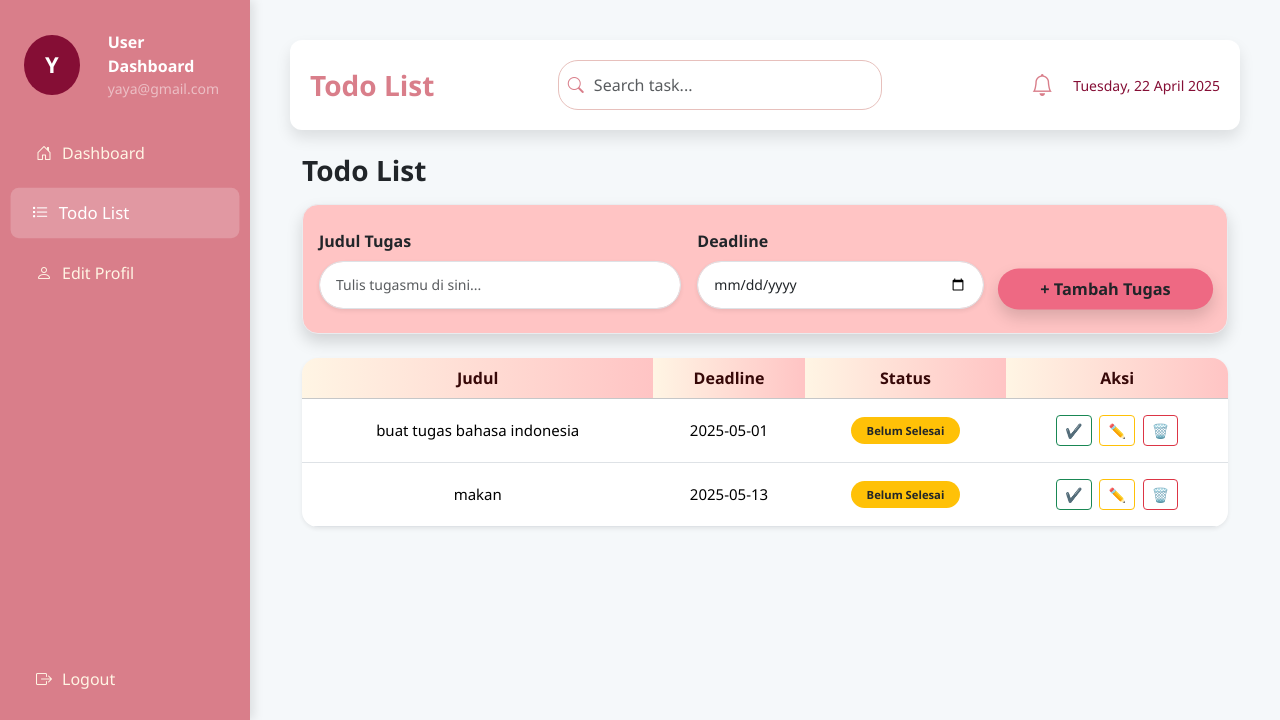
Repository: zhr-nabila/FloTime
Page: http://localhost/todo.php
The author's editor kept a copy of each file at every save. The page is drawn from the files as they stood at one save, then again after a run of saves.
The browser window is 1280 px wide. The pictures show the whole page.
The pointer rests on the first visible `.btn-gradient`.
The page is run by PHP 8.4 with error messages shown; the project is at /var/www/html/. The session is filled in as if someone had signed in: {"email": "yaya@gmail.com", "status": "login", "user_id": 2}. Other server files are loaded and not shown. The database holds what the project's SQL file puts in it.

Above is the page before, as saved 2025-04-23 12:27:27.

### todo.php
<?php
session_start();
require 'koneksi.php';

if (!isset($_SESSION['status']) || $_SESSION['status'] != "login") {
    header("Location: login.php");
    exit();
}

$user_id = $_SESSION['user_id'];
$email = $_SESSION['email'];
$search = $_GET['search'] ?? '';

// Tambah task
if (isset($_POST['add_task'])) {
    $title = $_POST['title'];
    $deadline = $_POST['deadline'];
    $created_at = date('Y-m-d H:i:s');

    $stmt = $conn->prepare("INSERT INTO todos (user_id, title, status, deadline, created_at) VALUES (?, ?, 'pending', ?, ?)");
    $stmt->bind_param("isss", $user_id, $title, $deadline, $created_at);
    $stmt->execute();
    $stmt->close();

    header("Location: todo.php");
    exit();
}

// Centang task
if (isset($_GET['done'])) {
    $task_id = $_GET['done'];
    $conn->query("UPDATE todos SET status='completed' WHERE id=$task_id AND user_id=$user_id");
    header("Location: todo.php");
    exit();
}

// Hapus task
if (isset($_GET['delete'])) {
    $task_id = $_GET['delete'];
    $conn->query("DELETE FROM todos WHERE id=$task_id AND user_id=$user_id");
    header("Location: todo.php");
    exit();
}

// Ambil data tugas
$searchSql = !empty($search) ? "AND title LIKE '%$search%'" : "";
$sql = "SELECT * FROM todos WHERE user_id = $user_id $searchSql ORDER BY deadline ASC";
$result = $conn->query($sql);

if (!$result) {
    die("Query gagal: " . $conn->error);
}
?>

<!DOCTYPE html>
<html lang="en">

<head>
    <meta charset="UTF-8">
    <title>Todo List</title>
    <link href="https://cdn.jsdelivr.net/npm/bootstrap@5.3.3/dist/css/bootstrap.min.css" rel="stylesheet">
    <link href="https://cdn.jsdelivr.net/npm/bootstrap-icons@1.10.5/font/bootstrap-icons.css" rel="stylesheet">
    <link rel="stylesheet" href="css/style.css">
</head>

<body>

    <div class="sidebar d-flex flex-column">
        <div class="px-4 d-flex align-items-center mb-4">
            <div class="user-avatar"><?= strtoupper(substr($email, 0, 1)) ?></div>
            <div class="ms-2">
                <div class="fw-semibold">User Dashboard</div>
                <div class="small text-white-50"><?= htmlspecialchars($email) ?></div>
            </div>
        </div>
        <nav class="nav flex-column px-3">
            <a class="nav-link" href="dashboard.php"><i class="bi bi-house-door"></i> Dashboard</a>
            <a class="nav-link active" href="todo.php"><i class="bi bi-list-task"></i> Todo List</a>
            <a class="nav-link" href="profile.php"><i class="bi bi-person"></i> Edit Profil</a>
            <a class="nav-link logout" href="logout.php"><i class="bi bi-box-arrow-right"></i> Logout</a>
        </nav>
    </div>

    <div class="main-content">
        <div class="header">
            <div class="title">Todo List</div>
            <div class="search-bar">
                <form method="GET" action="todo.php" class="d-flex">
                    <input type="text" name="search" class="form-control" placeholder="Search task..." value="<?= htmlspecialchars($search) ?>">
                    <button type="submit" class="btn"><i class="bi bi-search"></i></button>
                </form>
            </div>
            <div class="notifications">
                <i class="bi bi-bell"></i>
                <div class="date"><?= date('l, d F Y') ?></div>
            </div>
        </div>

        <div class="container mt-4">
            <h3 class="mb-3 fw-bold">Todo List</h3>
            <form method="POST" class="mb-4 px-3 py-4 rounded-4 shadow border border-light-subtle premium-form">
                <div class="row align-items-end g-3">
                    <div class="col-md-5">
                        <label class="form-label fw-semibold">Judul Tugas</label>
                        <input type="text" name="title" class="form-control form-control-sm rounded-5 shadow-sm" placeholder="Tulis tugasmu di sini..." required>
                    </div>
                    <div class="col-md-4">
                        <label class="form-label fw-semibold">Deadline</label>
                        <input type="date" name="deadline" class="form-control form-control-sm rounded-5 shadow-sm" required>
                    </div>
                    <div class="col-md-3 d-grid">
                        <button type="submit" name="add_task" class="btn btn-gradient shadow fw-semibold py-2 rounded-5">+ Tambah Tugas</button>
                    </div>
                </div>
            </form>


            <?php if ($result->num_rows > 0): ?>
                <div class="table-responsive shadow-sm rounded-4 overflow-hidden">
                    <table class="table table-hover align-middle mb-0 premium-table">
                        <thead class="table-light text-center">
                            <tr>
                                <th>Judul</th>
                                <th>Deadline</th>
                                <th>Status</th>
                                <th>Aksi</th>
                            </tr>
                        </thead>
                        <tbody>
                            <?php while ($row = $result->fetch_assoc()): ?>
                                <tr>
                                    <td><?= htmlspecialchars($row['title']) ?></td>
                                    <td><?= htmlspecialchars($row['deadline']) ?></td>
                                    <td class="text-center">
                                        <?php
                                        if ($row['status'] == 'completed') {
                                            echo "<span class='badge rounded-pill text-bg-success px-3 py-2'>Selesai</span>";
                                        } elseif (date('Y-m-d') > $row['deadline']) {
                                            echo "<span class='badge rounded-pill text-bg-danger px-3 py-2'>Terlambat</span>";
                                        } else {
                                            echo "<span class='badge rounded-pill text-bg-warning text-dark px-3 py-2'>Belum Selesai</span>";
                                        }
                                        ?>
                                    </td>
                                    <td class="text-center">
                                        <?php if ($row['status'] != 'completed'): ?>
                                            <a href="?done=<?= $row['id'] ?>" class="btn btn-outline-success btn-sm me-1">✔️</a>
                                        <?php endif; ?>
                                        <a href="edit_task.php?id=<?= $row['id'] ?>" class="btn btn-outline-warning btn-sm me-1">✏️</a>
                                        <a href="?delete=<?= $row['id'] ?>" onclick="return confirm('Hapus tugas ini?')" class="btn btn-outline-danger btn-sm">🗑️</a>
                                    </td>
                                </tr>
                            <?php endwhile; ?>
                        </tbody>
                    </table>
                </div>
            <?php else: ?>
                <p class="text-muted mt-4 text-center">✨ Tidak ada tugas ditemukan. Buat yang baru, yuk!</p>
            <?php endif; ?>

        </div>
    </div>

</body>

</html>

### koneksi.php
<?php
$host = "localhost";
$user = "root";
$pass = "";
$db = "todolist"; // Nama database kamu

$conn = mysqli_connect($host, $user, $pass, $db);

// Cek koneksi
if (!$conn) {
    die("Koneksi gagal: " . mysqli_connect_error());
}
?>

### css/style.css
@import url('https://fonts.googleapis.com/css2?family=Poppins:wght@500&display=swap');

:root {
    --c0: #ffffff;
    --c1: #E3919F;
    --c2: #E7C0BC;
    --c3: #370808;
    --c4: #D97E8A;
    --c5: #EC9FAB;
    --c6: #000000;
    /* gradient */
    --c7: #850e35;
    --c8: #ee6983;
    --c9: #ffc4c4;
    --c10: #fff5e4;
    --c11: #d1d5db;
}

body {
    background: #f5f8fa;
    font-family: 'Segoe UI', sans-serif;
    margin: 0;
    padding: 0;
    overflow: hidden;
}

html, body {
    height: 100%;
}


::-webkit-scrollbar {
    display: none;
}

.main-content {
    margin-left: 250px;
    padding: 40px;
    height: 100vh;
    overflow-y: auto;
}


.sidebar {
    height: 100vh;
    background: var(--c4);
    color: var(--c0);
    padding-top: 30px;
    position: fixed;
    width: 250px;
    transition: all 0.3s;
    box-shadow: 4px 0 10px rgba(0, 0, 0, 0.1);
}

.sidebar .nav-link {
    color: var(--c10);
    padding: 12px 20px;
    margin: 6px 0;
    border-radius: 8px;
    display: flex;
    align-items: center;
    gap: 10px;
    transition: all 0.3s ease;
    font-size: 16px;
}

.sidebar .nav-link:hover,
.sidebar .nav-link.active {
    background-color: rgba(255, 255, 255, 0.2);
    color: var(--c0);
    transform: scale(1.05);
}

.sidebar .nav-link.logout {
    color: var(--c10);
    padding: 12px 20px;
    margin: 22rem 0;
    border-radius: 8px;
    display: flex;
    align-items: center;
    gap: 10px;
    transition: all 0.3s ease;
    font-size: 16px;
}

.sidebar .nav-link.logout:hover {
    background-color: rgba(255, 255, 255, 0.2);
    color: var(--c0);
    transform: scale(1.05);
}

.main-content {
    margin-left: 250px;
    padding: 40px;
}

.header {
    display: flex;
    justify-content: space-between;
    align-items: center;
    padding: 20px;
    background: var(--c0);
    border-radius: 12px;
    box-shadow: 0 8px 15px rgba(0, 0, 0, 0.1);
    margin-bottom: 20px;
}

.header .title {
    font-size: 28px;
    font-weight: bold;
    color: var(--c4);
}

.header .search-bar {
    position: relative;
    width: 350px;
}

.header .search-bar input {
    width: 100%;
    padding: 12px 40px 12px 35px;
    border-radius: 20px;
    border: 1px solid var(--c2);
    font-size: 16px;
    transition: border 0.3s;
}

.header .search-bar input:focus {
    border: 1px solid var(--c4);
    outline: none;
}

.header .search-bar i {
    position: absolute;
    top: 50%;
    left: 10px;
    transform: translateY(-50%);
    color: var(--c4);
}

.header .notifications {
    display: flex;
    align-items: center;
    gap: 20px;
}

.header .notifications .bi {
    font-size: 22px;
    cursor: pointer;
    color: var(--c4);
    transition: color 0.3s;
}

.header .notifications .bi:hover {
    color: var(--c7);
}

.card-welcome {
    background: linear-gradient(135deg, var(--c9), var(--c10));
    border-radius: 16px;
    box-shadow: 0 15px 30px rgba(0, 0, 0, 0.1);
    padding: 30px;
    animation: fadeIn 0.6s ease;
    margin-bottom: 30px;
    color: var(--c7);
    border: none;
}

.user-avatar {
    width: 60px;
    height: 60px;
    background-color: var(--c7);
    color: var(--c0);
    font-weight: bold;
    border-radius: 50%;
    display: flex;
    align-items: center;
    justify-content: center;
    margin-right: 20px;
    font-size: 22px;
    transition: background-color 0.3s ease;
}

.user-avatar:hover {
    background-color: var(--c3);
}

.date {
    font-size: 14px;
    color: var(--c7);
}

@keyframes fadeIn {
    from {opacity: 0; transform: translateY(20px);}
    to {opacity: 1; transform: translateY(0);}
}

/* Mobile Responsiveness */
@media (max-width: 768px) {
    .sidebar {
        width: 200px;
    }

    .main-content {
        margin-left: 200px;
    }

    .header .title {
        font-size: 24px;
    }

    .header .search-bar {
        width: 250px;
    }
}

/* todo */

/* todo */

.premium-form {
    background-color: var(--c9);
    border: 2px solid var(--c2);
    border-radius: 12px;
}

.btn-gradient {
    background-color: var(--c7);
    color: white;
    border: none;
    transition: 0.3s ease;
    border-radius: 10px; /* Membuat tombol lebih melengkung */
    padding: 0.8rem 1.5rem; /* Menyesuaikan ukuran tombol */
}

.btn-gradient:hover {
    transform: scale(1.02);
    background-color: var(--c8);
    box-shadow: 0 4px 8px rgba(0, 0, 0, 0.15); /* Memberikan efek bayangan yang lebih soft */
}

.form-control-sm {
    font-size: 14px; /* Ukuran font yang lebih kecil */
    padding: 0.8rem 1rem; /* Mengatur ukuran padding input agar lebih kecil */
    border-radius: 8px; /* Membuat sudut input lebih melengkung */
}

.premium-table th {
    font-weight: 600;
    background: linear-gradient(to right, var(--c10), var(--c9));
    color: var(--c3);
}

.premium-table td {
    vertical-align: middle;
    padding-top: 16px;
    padding-bottom: 16px;
    font-size: 15px;
}

.table-hover tbody tr:hover {
    background-color: #fdf2f2;
    transition: 0.3s;
}

.table td,
.table th {
    text-align: center;
}

### todolist.sql (the tables this page reads)
CREATE TABLE `todos` (
  `id` int(11) NOT NULL,
  `user_id` int(11) NOT NULL,
  `title` varchar(255) NOT NULL,
  `status` enum('pending','completed') DEFAULT 'pending',
  `deadline` date DEFAULT NULL,
  `created_at` timestamp NOT NULL DEFAULT current_timestamp()
) ENGINE=InnoDB DEFAULT CHARSET=utf8mb4 COLLATE=utf8mb4_general_ci;

INSERT INTO `todos` (`id`, `user_id`, `title`, `status`, `deadline`, `created_at`) VALUES
(2, 2, 'buat tugas bahasa indonesia', 'pending', '2025-05-01', '2025-05-15 17:11:25'),
(5, 2, 'makan', 'pending', '2025-05-13', '2025-05-21 19:26:13');

ALTER TABLE `todos`
  ADD PRIMARY KEY (`id`),
  ADD KEY `user_id` (`user_id`);

ALTER TABLE `todos`
  MODIFY `id` int(11) NOT NULL AUTO_INCREMENT, AUTO_INCREMENT=6;

ALTER TABLE `todos`
  ADD CONSTRAINT `todos_ibfk_1` FOREIGN KEY (`user_id`) REFERENCES `users` (`id`);

After the next 3 saves:
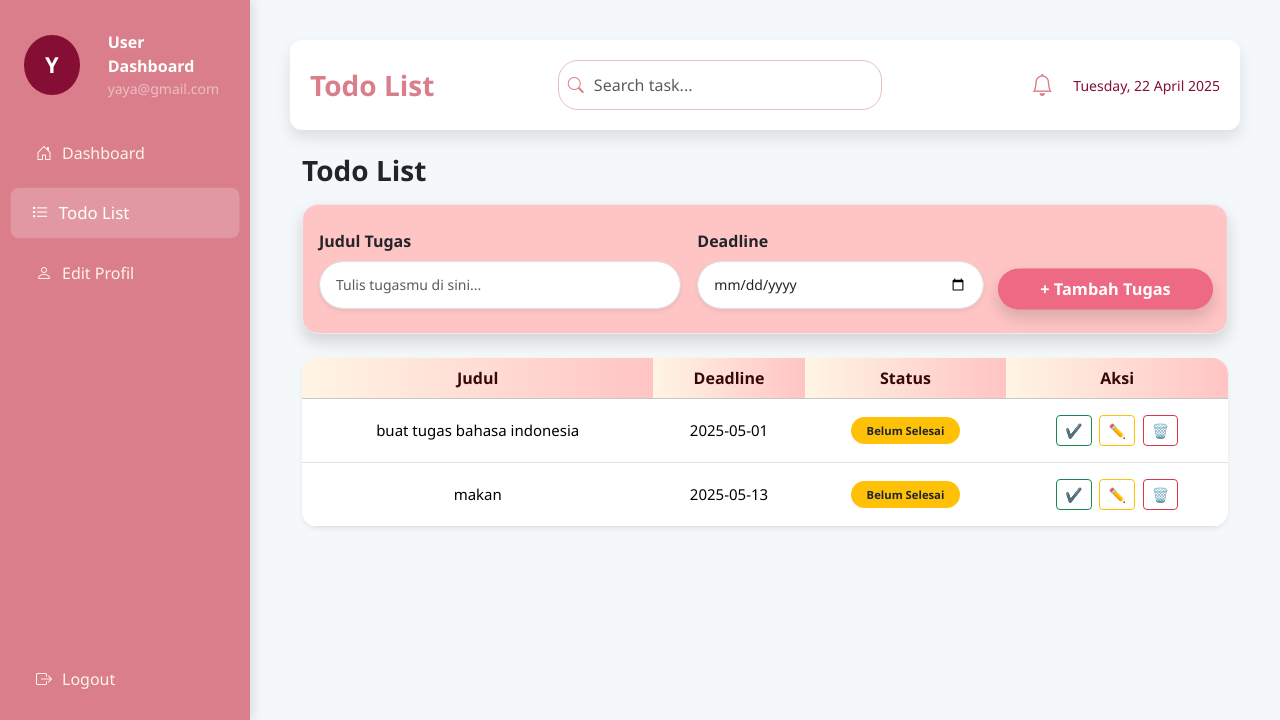
The 3 saves are shown as one change because they came seconds apart.
The last was saved 12 s later.
--- a/css/style.css
+++ b/css/style.css
@@ -236,6 +236,7 @@ html, body {
 .btn-gradient:hover {
     transform: scale(1.02);
     background-color: var(--c8);
+    color: var(--c0);
     box-shadow: 0 4px 8px rgba(0, 0, 0, 0.15); /* Memberikan efek bayangan yang lebih soft */
 }
 
